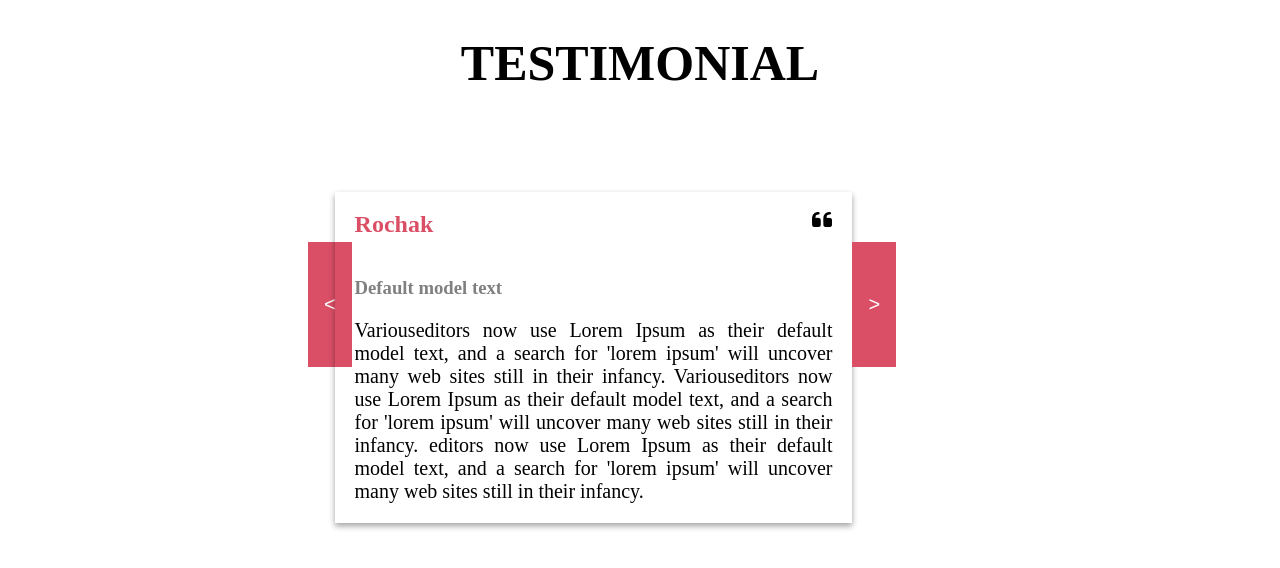
Repository: AVINKUMARP/gifts
Page: demo2.html
These files come from the project's save history. The page is drawn as it stood at one moment and after the next save; the edit follows.
The browser window is 1280 px wide. The pictures show the whole page.

Above is the page before, as saved 2023-08-24 15:58:48.

### demo2.html
<!DOCTYPE html>
<html lang="en">

<head>
    <meta charset="UTF-8">
    <meta name="viewport" content="width=device-width, initial-scale=1.0">
    <title>Document</title>
    <style>
        .container {
            display: flex;
            flex-wrap: wrap;
            text-align: center;
            margin: 100px 300px;
        }

        .cbutl {
            width: 4%;
        }

        .cpara {
            width: 78%;
            box-shadow: rgba(0, 0, 0, 0.16) 0px 3px 6px, rgba(0, 0, 0, 0.23) 0px 3px 6px;
        }

        .cbutr {
            width: 6%;
        }

        .csub {
            display: flex;
            flex-wrap: wrap;
            justify-content: space-between;
        }

        .cbutl button {
            background-color: #db4f66;
            color: white;
            border: 1px solid #db4f66;
            padding: 50px 15px;
            font-size: 20px;
        }

        .cbutl {
            padding-top: 50px;
            margin-right: 0px;
        }

        .cbutr button {
            background-color: #db4f66;
            color: white;
            border: 1px solid #db4f66;
            padding: 50px 15px;
            font-size: 20px;
        }

        .cbutr {
            padding-top: 50px;
        }

        .csub h2 {
            text-align: start;

        }

        .ch h2 {
            color: #db4f66;
        }

        .cpara h3 {
            color: gray;
        }

        .cpara h3 {
            text-align: start;
            padding: 0 20px;
        }

        .cpara p {
            text-align: justify;
            font-size: 20px;
            padding: 0 20px;
        }

        .cicon {
            padding-top: 20px;
            text-align: end;
        }

        .csub {
            padding: 0 20px;
        }
        .text{
            text-align: center;
            font-size: 25px;
        }
    </style>
</head>

<body>
    <div class="text"><h1>TESTIMONIAL</h1></div>
    <div class="container">

        <div class="cbutl"><button><</button>
        </div>
        <div class="cpara">
            <div class="csub">
                <div class="ch">
                    <h2>Rochak</h2>
                </div>
                <div class="cicon"><img src="./images/icon.png" alt="loading..." width="8%"></div>
            </div>
            <h3>Default model text</h3>
            <p>Variouseditors now use Lorem Ipsum as their default model text, and a search for 'lorem ipsum' will
                uncover many web sites still in their infancy. Variouseditors now use Lorem Ipsum as their default
                model text, and a search for 'lorem ipsum' will uncover many web sites still in their infancy.
                editors now use Lorem Ipsum as their default model text, and a search for 'lorem ipsum' will uncover
                many web sites still in their infancy.</p>
        </div>
        <div class="cbutr"><button>></button></div>
    </div>
</body>

</html>

After the next save:
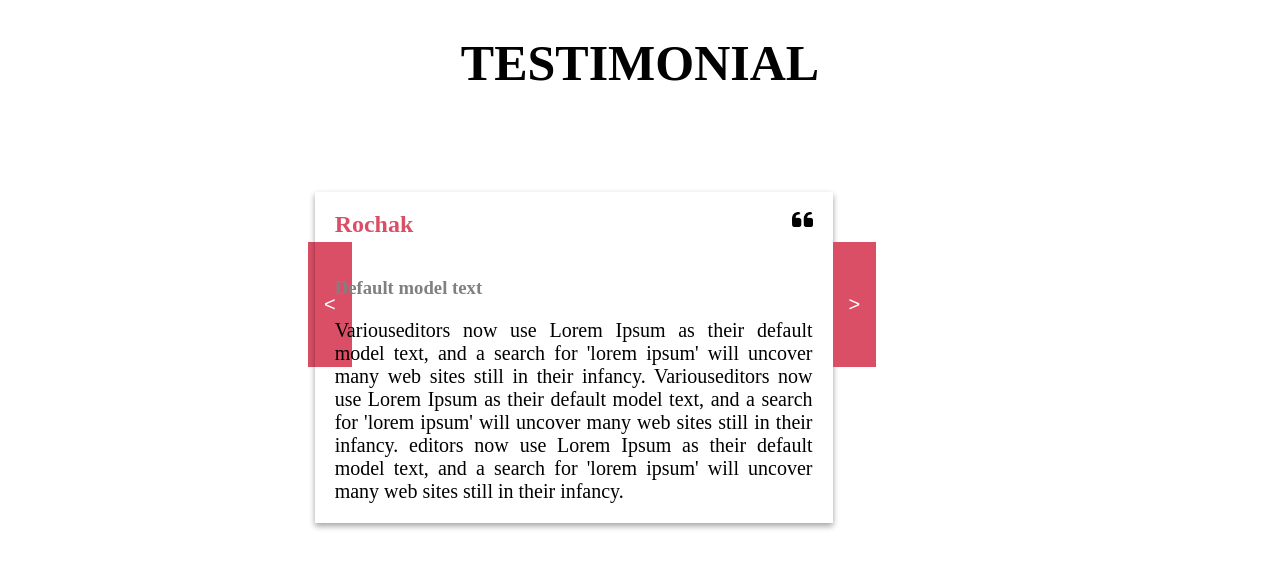
Saved 5 s later.
--- a/demo2.html
+++ b/demo2.html
@@ -14,7 +14,7 @@
         }
 
         .cbutl {
-            width: 4%;
+            width: 1%;
         }
 
         .cpara {
